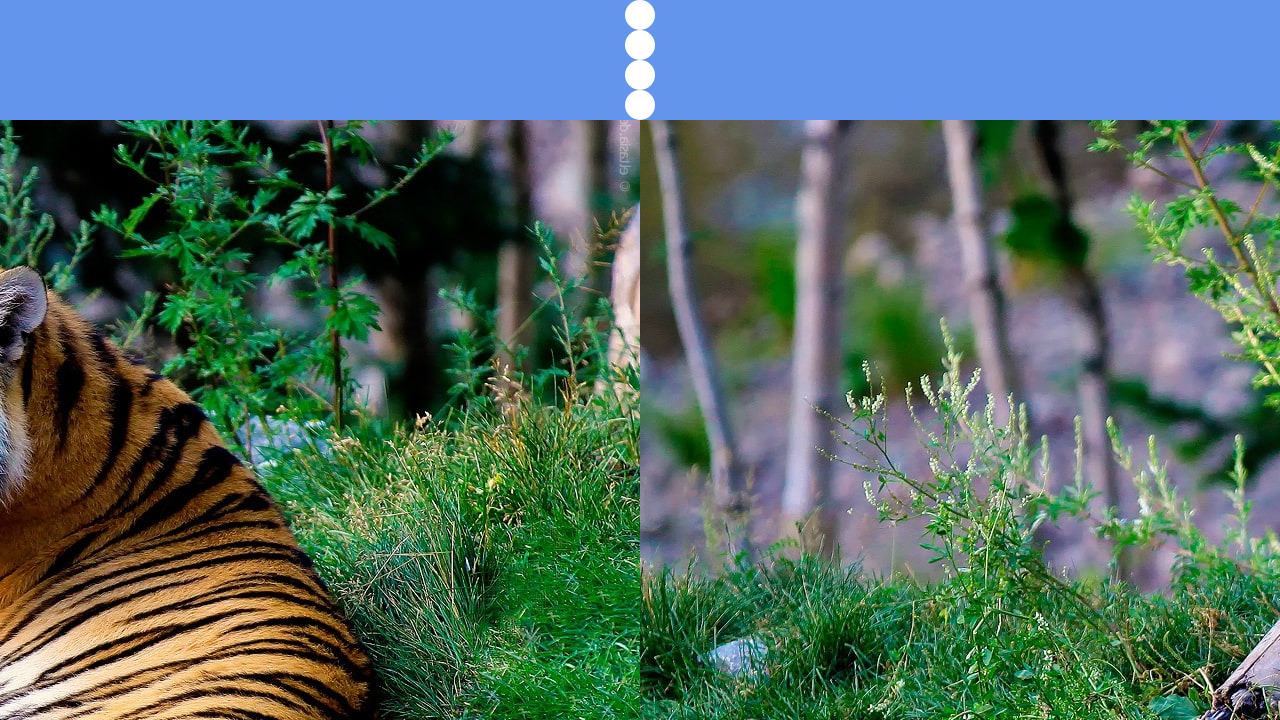
Repository: sylviaah/dynamicmidterm
Page: slider/slider.html
These files come from the project's save history. The page is drawn as it stood at one moment and after the next save; the edit follows.
The browser window is 1280 px wide. The pictures show the whole page.

Above is the page before, as saved 2020-03-13 12:27:31.

After the next save:
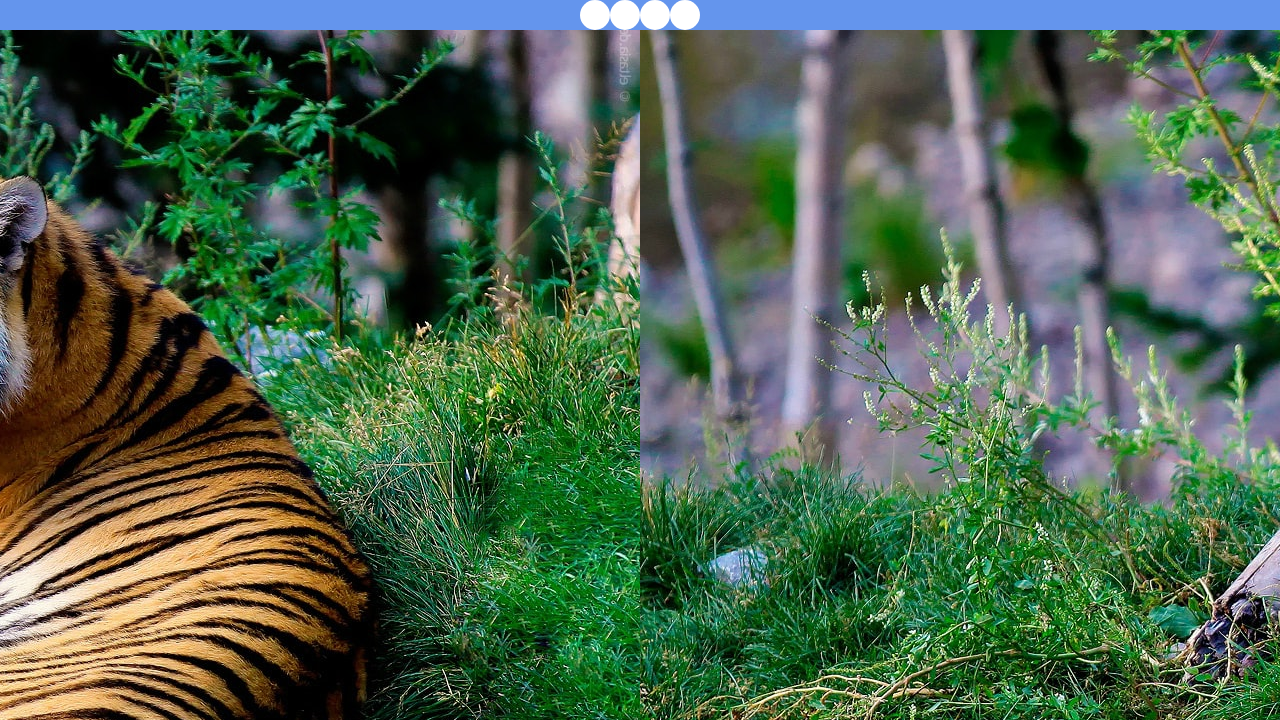
Saved 22 s later.
--- a/slider/slider.css
+++ b/slider/slider.css
@@ -10,6 +10,10 @@
     display: flex;
     flex-direction: column;
     align-items: center;
+}
+
+.slider_progress{
+    display: flex;
 }
 
 .slider_progress div{
